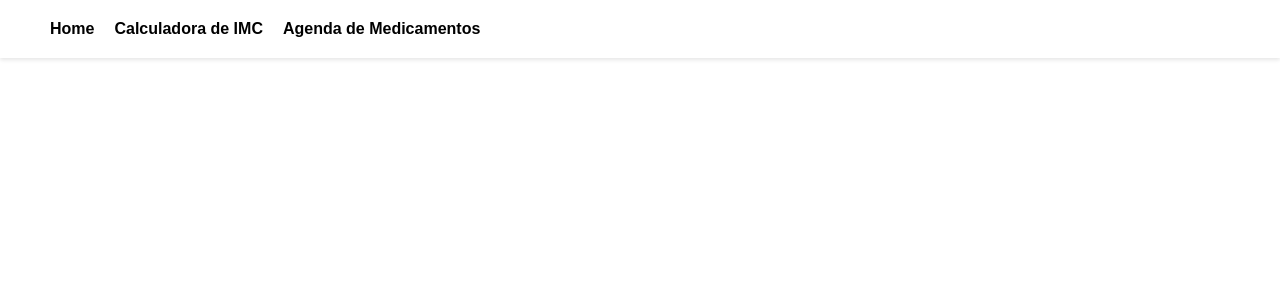
Repository: Cristiane-Sartori14/dicasSaude
Page: index.html
The author's editor kept a copy of each file at every save. The page is drawn from the files as they stood at one save, then again after the next save.
The browser window is 1280 px wide. The pictures show the whole page.
The pointer rests on the first visible `.nav-links a`.

Above is the page before, as saved 2025-05-18 21:09:37.

After the next save:
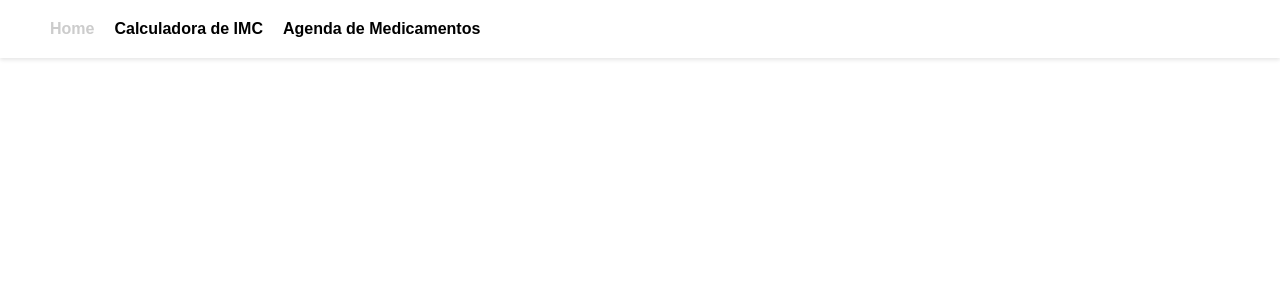
Saved 21 s later.
--- a/style.css
+++ b/style.css
@@ -34,3 +34,7 @@ body {
     font-weight: bold;
     transition: 0.4s;
 }
+
+.nav-links a:hover, .herader-icons i:hover {
+    color: #ccc;
+}
